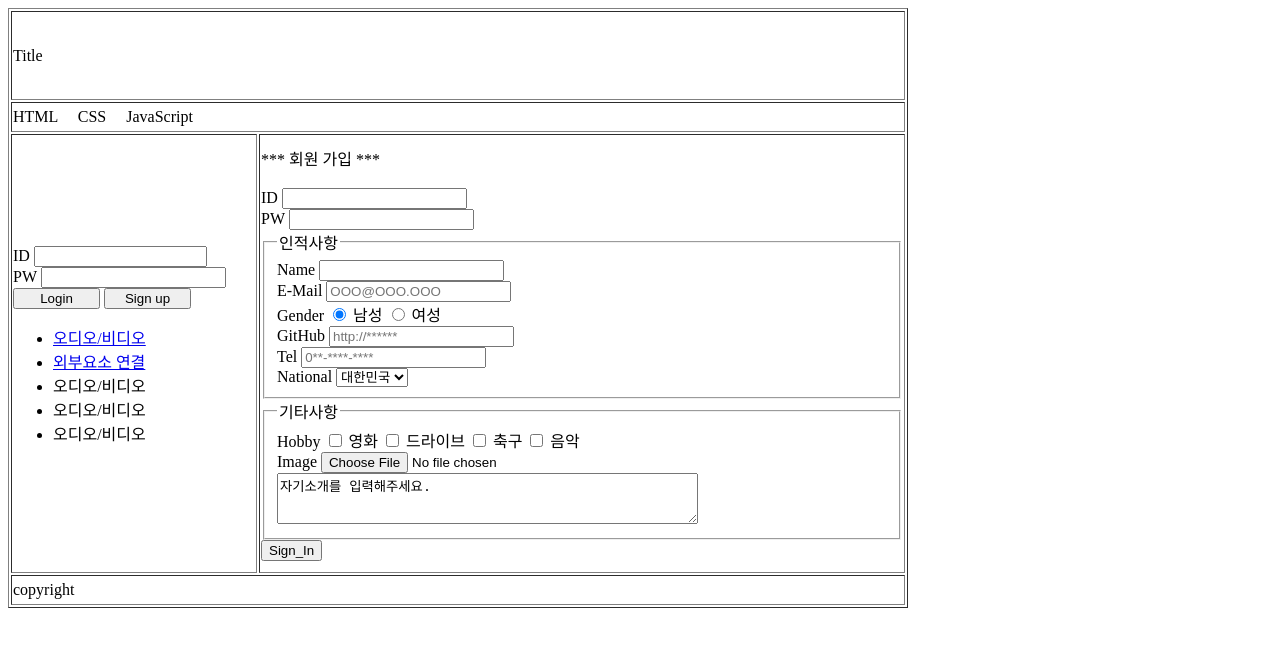
Repository: Hwangjiwon/MultiCampus
Page: http://localhost/2Study/jsp/member_insert.jsp
The author's editor kept a copy of each file at every save. The page is drawn from the files as they stood at one save, then again after the next save.
The browser window is 1280 px wide. The pictures show the whole page.
The page is served by Tomcat 9.

Above is the page before, as saved 2019-05-31 02:45:31.

After the next save:
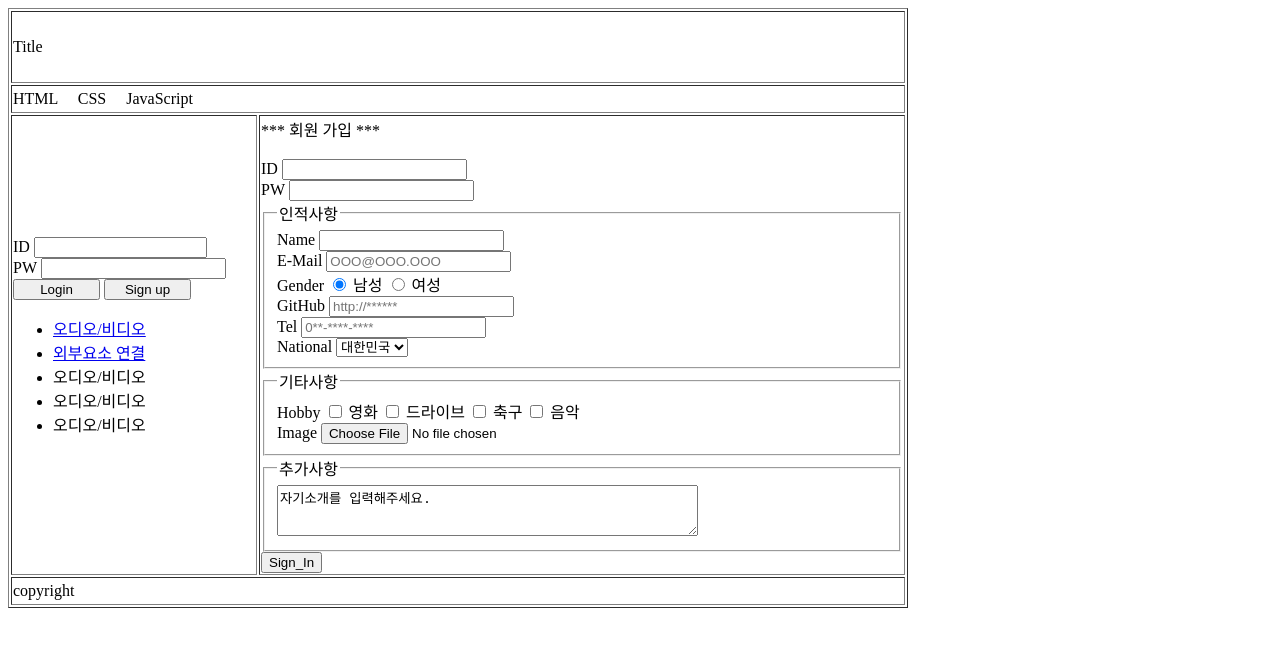
Saved 27 s later.
--- a/2Study/WebContent/jsp/member_insert.jsp
+++ b/2Study/WebContent/jsp/member_insert.jsp
@@ -34,6 +34,9 @@
 			<input type ="checkbox" name = "hobby" value = "soccer" /> 축구
 			<input type ="checkbox" name = "hobby" value = "music" /> 음악 <br>
 		Image <input type = "file" name = "filename" > <br>
+		</fieldset>
+		<fieldset>
+			<legend>추가사항</legend>
 		<textarea rows = "3" cols ="50" name ="memo">
 자기소개를 입력해주세요.
 		</textarea> <br>
